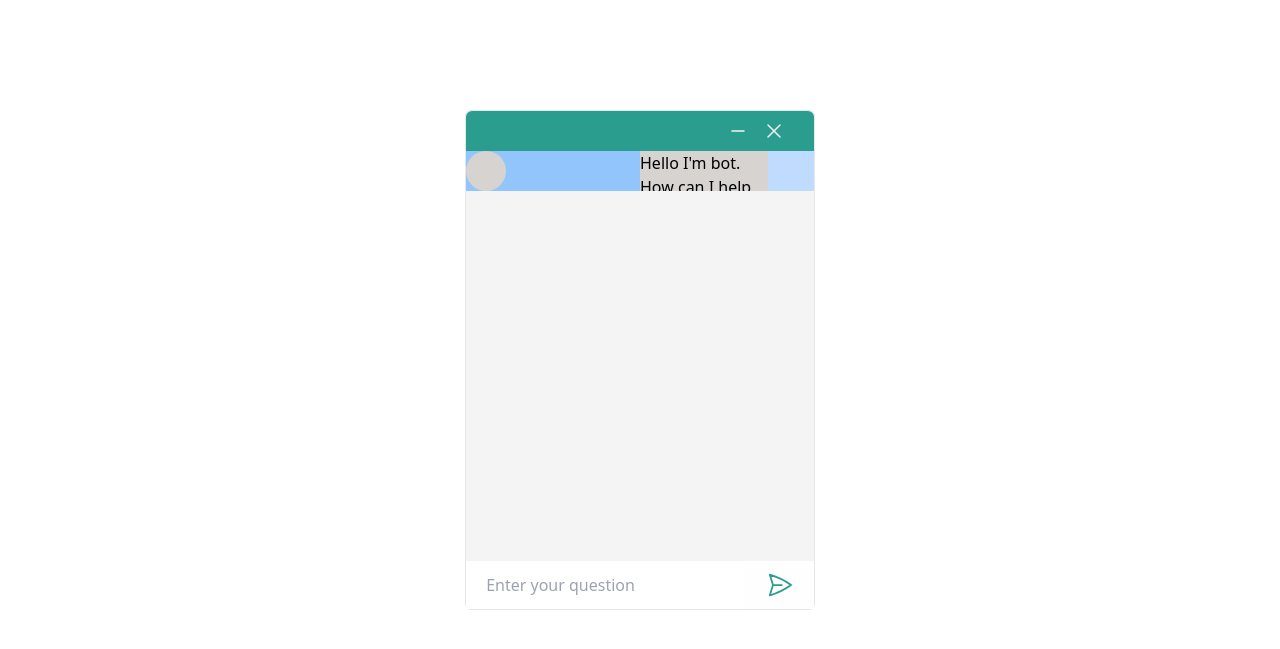
Repository: hsumyatm7308/Chatbot
Page: index.html
The author's editor kept a copy of each file at every save. The page is drawn from the files as they stood at one save, then again after the next save.
The browser window is 1280 px wide. The pictures show the whole page.
Some web libraries are served in a nearby version.

Above is the page before, as saved 2023-07-08 17:40:44.

### index.html
<!DOCTYPE html>
<html>

<head>
    <title>Chat Bot</title>
    <script src="https://cdn.tailwindcss.com"></script>
</head>

<body class="bg-[#fffff]">

    <div class="w-screen h-screen flex justify-center items-center  container">
        <div class="w-[350px] h-[500px] bg-[#f4f4f4] border border-b-stone-200 rounded-md relative chatbot-container">
            <div
                class="w-full h-10 text-[#f4f4f4] bg-[#2a9d8f] rounded-tl-md rounded-tr-md flex justify-end items-center">
                <svg xmlns="http://www.w3.org/2000/svg" fill="none" viewBox="0 0 24 24" stroke-width="1.5"
                    stroke="currentColor" class="w-6 h-6 mr-3">
                    <path stroke-linecap="round" stroke-linejoin="round" d="M18 12H6" />
                </svg>

                <svg xmlns="http://www.w3.org/2000/svg" fill="none" viewBox="0 0 24 24" stroke-width="1.5"
                    stroke="currentColor" class="w-6 h-6 mr-7">
                    <path stroke-linecap="round" stroke-linejoin="round" d="M6 18L18 6M6 6l12 12" />
                </svg>

            </div>

            <div class="w-full h-auto overflow-y-auto">
                 <div class="w-full bg-red-500 grid grid-cols-2 flex profile-side">
                       <div class="bg-blue-300 ">
                            <div class="w-10 h-10 rounded-full bg-stone-300">

                            </div>
                       </div>
                       <div class=" bg-blue-200 ">
                            <div class="w-32 h-10 bg-stone-300">
                                    <span>Hello I'm bot. How can I help you?</span>
                            </div>
                       </div>
                 </div>
            </div>

            <div class="w-full h-12 bg-[#fefefe] absolute bottom-0">
                <form action="" class="w-full h-12 bg-[#fefefe] flex justify-between items-center">
                    <input type="text" class="w-[80%] h-full  rounded-bl-md p-4" placeholder=" Enter your question">

                    <button type="submit" class="mr-5">
                        <svg xmlns="http://www.w3.org/2000/svg" fill="none" viewBox="0 0 24 24" stroke-width="1.5"
                            stroke="currentColor" class="w-7 h-7 text-[#2a9d8f]">
                            <path stroke-linecap="round" stroke-linejoin="round"
                                d="M6 12L3.269 3.126A59.768 59.768 0 0121.485 12 59.77 59.77 0 013.27 20.876L5.999 12zm0 0h7.5" />
                        </svg>

                    </button>
                </form>
            </div>
        </div>
    </div>

</body>

</html>

After the next save:
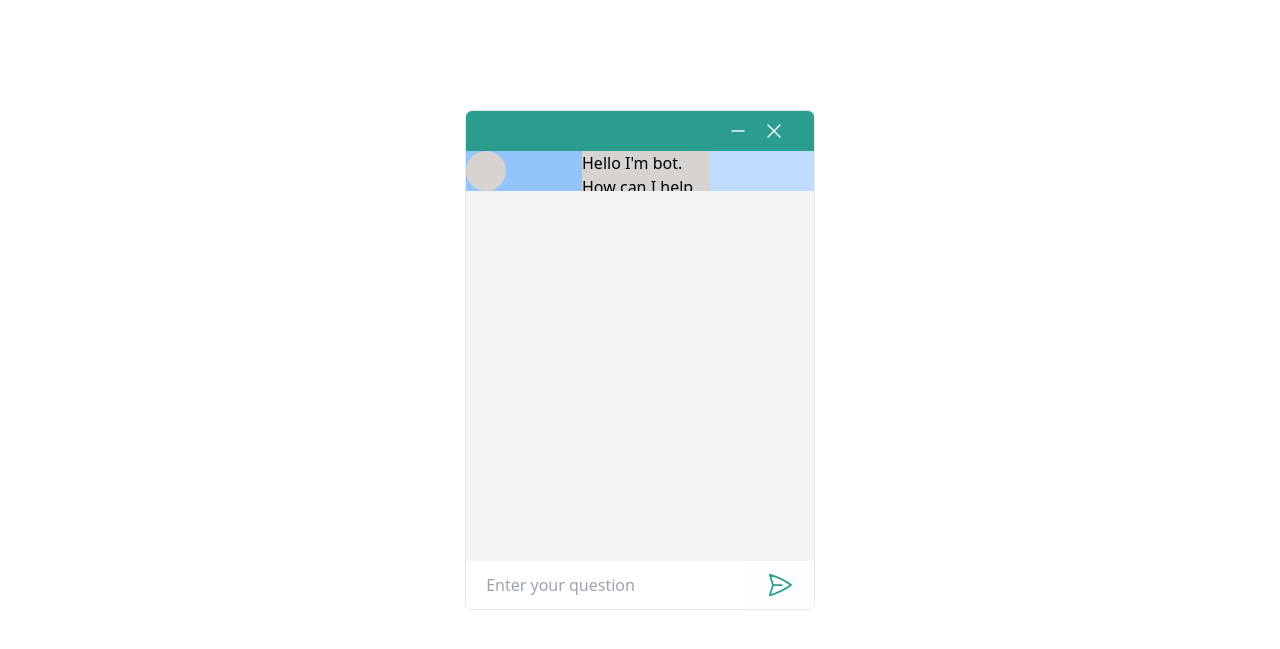
Saved 15 s later.
--- a/index.html
+++ b/index.html
@@ -25,13 +25,13 @@
             </div>
 
             <div class="w-full h-auto overflow-y-auto">
-                 <div class="w-full bg-red-500 grid grid-cols-2 flex profile-side">
+                 <div class="w-full bg-red-500 grid grid-cols-3 flex profile-side">
                        <div class="bg-blue-300 ">
                             <div class="w-10 h-10 rounded-full bg-stone-300">
 
                             </div>
                        </div>
-                       <div class=" bg-blue-200 ">
+                       <div class=" bg-blue-200 col-span-2">
                             <div class="w-32 h-10 bg-stone-300">
                                     <span>Hello I'm bot. How can I help you?</span>
                             </div>
